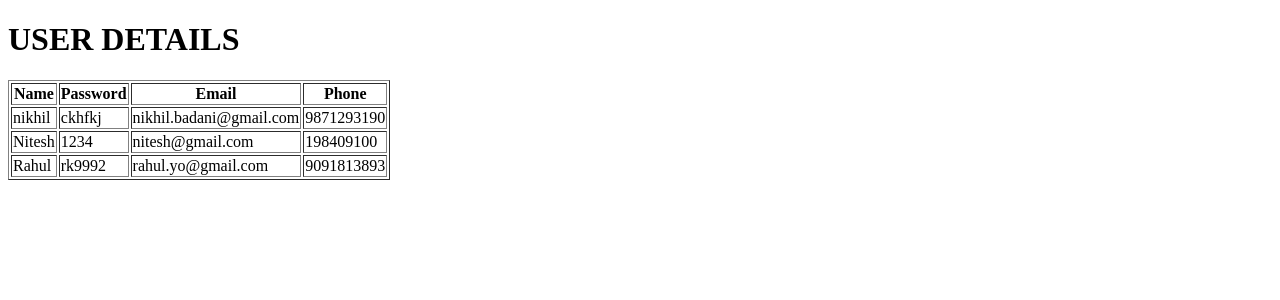
Repository: nikhilbad7/jsp-practicals
Page: http://localhost/classwork/Exp10.jsp
An editor plug-in stored every save of this project. The page is shown before and after the next save, followed by the edit.
The browser window is 1280 px wide. The pictures show the whole page.
The page is served by Tomcat 9. The database holds what the project's SQL file puts in it.

Above is the page before, as saved 2018-04-11 09:34:50.

### classwork/WebContent/Exp10.jsp
<!DOCTYPE HTML PUBLIC "-//W3C//DTD HTML 4.01 Transitional//EN"
"http://www.w3.org/TR/html4/loose.dtd">
<%@ page import="java.sql.*" %>
<%@ page import="java.io.*" %>
<html>
<head>
<title>Connection with mysql database</title>
</head>
<body>
<h1>USER DETAILS </h1>
<%
try {
/* Create string of connection url within specified format with machine name,
port number and database name. Here machine name id localhost and database name
is usermaster. */
//String connectionURL = "jdbc:mysql://localhost:3306/usermaster";
// declare a connection by using Connection interface
//Connection connection = null;
// Load JBBC driver "com.mysql.jdbc.Driver".
Class.forName("com.mysql.jdbc.Driver");
/* Create a connection by using getConnection() method that takes parameters of
string type connection url, user name and password to connect to database. */
Connection con=(Connection) DriverManager.getConnection("jdbc:mysql://localhost:3306/userservlet","root","");
// check weather connection is established or not by isClosed() method
Statement stmt=(Statement) con.createStatement();
String q = "select * from userdetails";
ResultSet rs=(ResultSet) stmt.executeQuery(q);
stmt = (Statement) con.createStatement();
rs= (ResultSet) stmt.executeQuery(q);
%>
<table border=1>
<tr>
	<th>Name</th>
	<th>Password</th>
	<th>Email</th>
	<th>Phone</th>
</tr> <%
while(rs.next()){
	String name = rs.getString("name");
	String password = rs.getString("password");
	String email = rs.getString("email");
	String phno = rs.getString("phone");
	out.print("<tr><td>"+name+"</td><td>"+password+"</td><td>"+email+"</td><td>"+phno+"</td></tr>");

}
%>
</table>
<%
con.close();
}
catch(Exception ex){
ex.printStackTrace();
}
%>

</body>
</html>

### classwork/database/userservlet.sql (the tables this page reads)
CREATE TABLE `userdetails` (
  `name` varchar(255) NOT NULL,
  `password` varchar(255) NOT NULL,
  `email` varchar(500) NOT NULL,
  `phone` varchar(50) NOT NULL
) ENGINE=InnoDB DEFAULT CHARSET=latin1;

INSERT INTO `userdetails` (`name`, `password`, `email`, `phone`) VALUES
('nikhil', 'ckhfkj', 'nikhil.badani@gmail.com', '9871293190'),
('Nitesh', '1234', 'nitesh@gmail.com', '198409100'),
('Rahul', 'rk9992', 'rahul.yo@gmail.com', '9091813893');

After the next save:
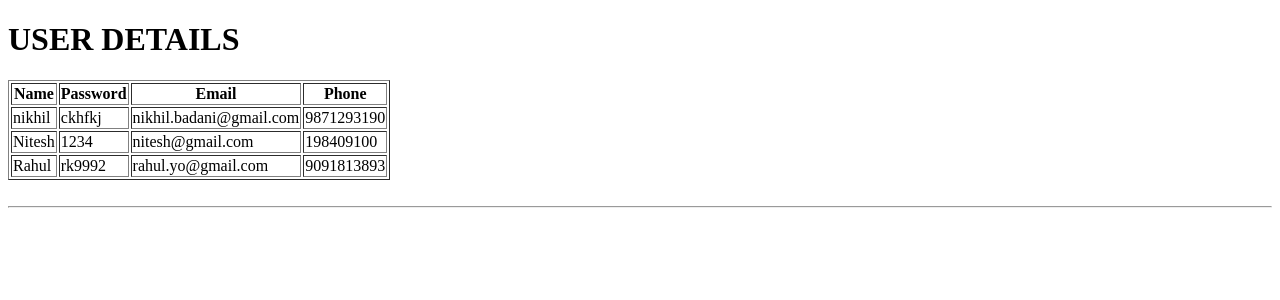
Saved 4 min 29 s later.
--- a/classwork/WebContent/Exp10.jsp
+++ b/classwork/WebContent/Exp10.jsp
@@ -45,6 +45,7 @@ while(rs.next()){
 }
 %>
 </table>
+<br><hr>
 <%
 con.close();
 }
